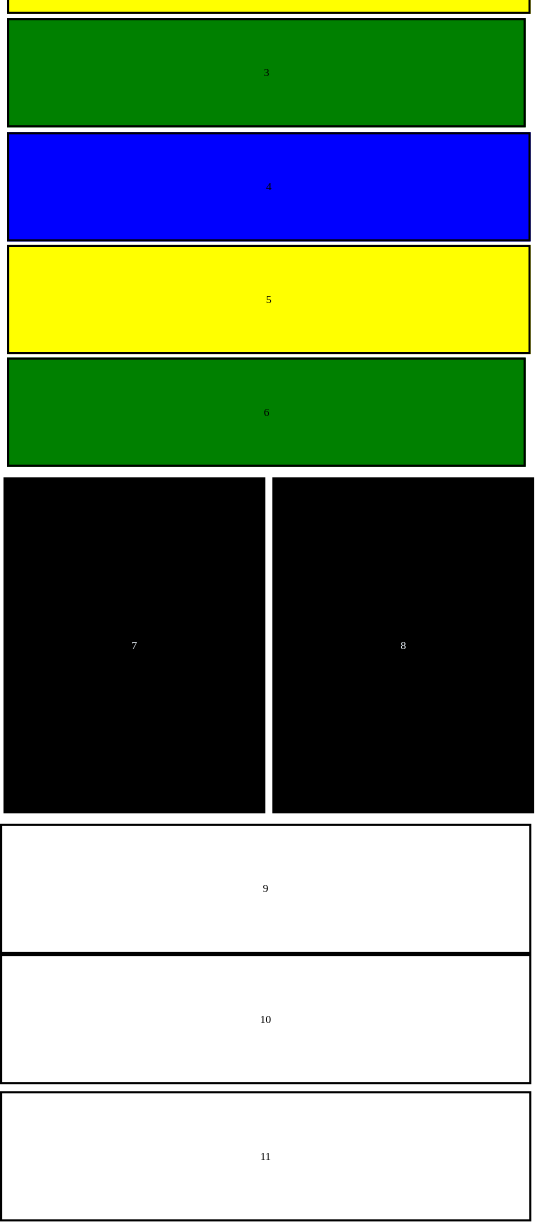
Repository: future4code/Gabriel-Ricarte
Page: Semana3/Aula02/Index.html
The author's editor kept a copy of each file at every save. The page is drawn from the files as they stood at one save, then again after a run of saves.
The browser window is 768 px wide. The pictures show the part of the page from y = 397 to 2637 px (the page is 2147 px tall before and 2637 px after), at 70% of full size.

Above is the page before, as saved 2019-11-12 19:07:46.

### Semana3/Aula02/Index.html
<!DOCTYPE html>
<html lang="Pt-br">
<head>
    <meta charset="UTF-8">
    <meta name="viewport" content="width=device-width, initial-scale=1.0">
    <meta http-equiv="X-UA-Compatible" content="ie=edge">
    <link rel="stylesheet" href="Style.css">
    <meta name="viewport" content="width=device-width, initial-scale=1">
    <title>Responsividade</title>
</head>
<body>
    <div>
        <div>
            <div class="barraLateral">
               <div id="lista">
                <lu>
                    <p class="paragrafoLista">FIRST LIST</p>
                    <li>1</li>
                    <li>2</li>
                    <li>3</li>
                    <li>4</li>
                    <li>5</li>
                </lu>
                <lu>
                    <p class="paragrafoLista">SECOND LIST</p>
                    <li>1</li>
                    <li>2</li>
                    <li>3</li>
                    <li>4</li>
                    <li>5</li>
                </lu>
               </div>

            </div>
            <div class="mainContent">
                <div class="barraSuperior"></div>
                <div class="FirstContainer">
                    <div id="firstPartContainer">
                            <div id="superior1">1</div>
                            <div id="superior2">2</div>
                            <div id="superior3">3</div>

                    </div>
                    <div id="secondPartContainer">

                        <div id="inferior4">4</div>
                        <div id="inferior5">5</div>
                        <div id="inferior6">6</div>

                    </div>
                </div>
                <div class="SecondContainer">
                    <div id="quadrado1">7</div>
                    <div id="quadrado2">8</div>
                </div>
                <div class="ThirdContainer">
                    <div id="quadrado9">9</div>
                    <div id="quadrado10">10</div>
                    <div id="quadrado11">11</div>
            </div>
        </div>


        </div>


    </div>





</body>
</html>

### Semana3/Aula02/Style.css
body{
    margin: 0;
    padding: 0;
}
.flexBox{
    display:flex;
}
#lista{
    margin:10px;
}
.barraLateral{
    background-color: grey;
    height: 100vh;
    width: 20vw;
    position: fixed;

}
.barraSuperior{
    background-color: red;
    height: 10vh;
    width: 100%;
    margin-bottom: 10px;

}
.paragrafoLista{
    border-left-width: 10px;
    padding-left: 0px;
    margin-left: 10px;
    margin-right: 10px;
}
.FirstContainer{
    background-color:white;
    width: 100%;


}
.mainContent{
    margin-left: 21vw;

}

#superior1, #inferior4{
    background-color: blue;
    flex-grow: 1;
    margin-right: 2px;

}
#superior2, #inferior5{
    background-color: yellow;
    flex-grow: 1;
    margin-right: 2px;

}
#superior3, #inferior6{
 background-color: green;
 flex-grow: 1;
 margin-right: 2px;
}
#quadrado1,#quadrado2{
    background-color: black;
    flex-grow: 1;
    margin-right: 2px;
}

#firstPartContainer{
    display: flex;
    margin-bottom: 2px;
}
#secondPartContainer{
    display: flex;
}

.SecondContainer{
    width: 100%;
    margin: 10px 0;
    display: flex;

}
.ThirdContainer{
    width: 100%;
    display: flex;
    justify-content: space-between;
    margin-bottom: 5px;

}
#quadrado9, #quadrado10, #quadrado11{
    width: 30%;
}
.SecondContainer>div{
 color: aliceblue;
 display: flex;
 align-items: center;
 height: 240px;
 justify-content: center;
}
#superior1,#superior2,#superior3,#inferior4,#inferior5,#inferior6{
    border: solid;
    display: flex;
    align-items: center;
    height: 150px;
    justify-content: center;
}
.ThirdContainer>div{
    border: solid;
    background-color:white;
    align-items: center;
    display: flex;
    height: 180px;
    justify-content: center;
}



@media (max-width:1000px){



    .FirstContainer{

        flex-wrap: wrap;


    }
    .FirstContainer>div{
        min-height: 80px;
    }

    #firstPartContainer{
        flex-wrap: wrap;
    }
    #superior1, #superior2{
        margin: 5px;
    }
    #superior3{
        width: 100%;
        margin-top: 10px;
        margin-bottom: 10px;
        margin:6px;
    }
    #secondPartContainer{
        flex-wrap: wrap;
    }
    #inferior4, #inferior5{
        margin:5px;
    }
    #inferior6{
        width: 100%;
        margin-top: 10px;
        margin-bottom: 10px;
        margin:6px;
    }
    #quadrado1{
        margin-right: 20px;
    }
    #quadrado1, #quadrado2{
        height: 60vh;
    }
    .ThirdContainer{
        flex-wrap: wrap;
    }
    #quadrado11{
        width: 100%;
        margin-top:10px
    }
    #quadrado9, #quadrado10{
        width: 48%;
    }





}
@media(max-width:850px){
    .mainContent{
        margin-left: 0;
    }

    .barraLateral{
        display:none;


    }


}
@media(max-width:780px){

    .FirstContainer{

       display:flex;
       flex-direction: column;
    }
    .FirstContainer>div{
        margin:5px;

    }
    #firstPartContainer{
        display: block;
        margin-bottom: 2px;
    }
    #superior1, #superior2{
        margin: 5px;
    }
    #superior3{
        margin-right: 5px;
        margin-left: 5px;
        margin-bottom:0px;
        width:97%;
    }

   #secondPartContainer{
       display: block;
   }
    #quadrado1{
        margin:5px;
        margin-top:0px;

    }
    #quadrado2{
        margin-left: 5px;
        margin-right: 5px;
    }

   #inferior4{
    margin: 5px;
    margin-top:0px;
   }
   #inferior5{
       margin: 5px;
   }
   #inferior6{
       margin:5px;
       margin-bottom:0px;
       width:97%;
   }
   #quadrado9, #quadrado10, #quadrado11{
       width: 98%;

   }

    .SecondContainerGrid{
        display: flex;
        flex-direction: column;
    }
    .SecondContainerGrid>div{
        margin: 5px;
    }
    .ThirdContainerGrid{
        display: flex;
        flex-direction: column;
    }
    .ThirdContainerGrid>div{
        margin: 5px;

    }





}

After the next 3 saves:
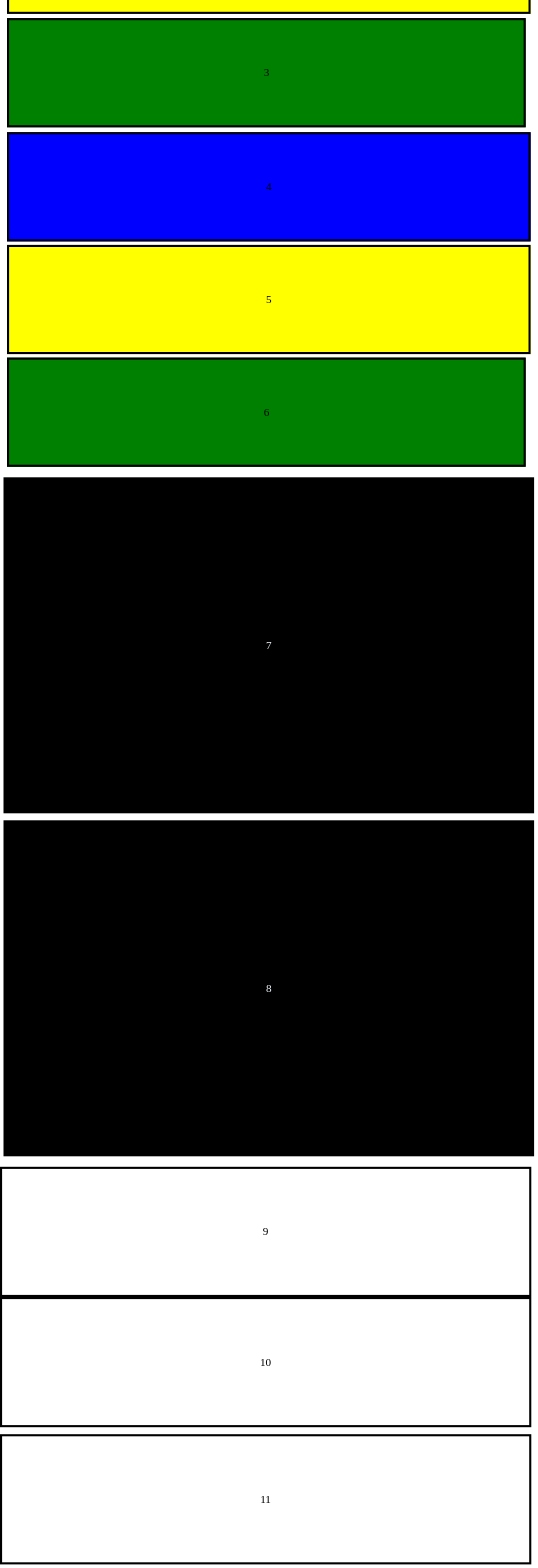
The 3 saves are shown as one change because they came seconds apart.
The last was saved 9 s later.
--- a/Semana3/Aula02/Style.css
+++ b/Semana3/Aula02/Style.css
@@ -239,14 +239,14 @@ body{
 
    }
 
-    .SecondContainerGrid{
+    .SecondContainer{
         display: flex;
         flex-direction: column;
     }
-    .SecondContainerGrid>div{
-        margin: 5px;
-    }
-    .ThirdContainerGrid{
+    .SecondContainer>div{
+        margin: 5px;
+    }
+    .ThirdContainer{
         display: flex;
         flex-direction: column;
     }
